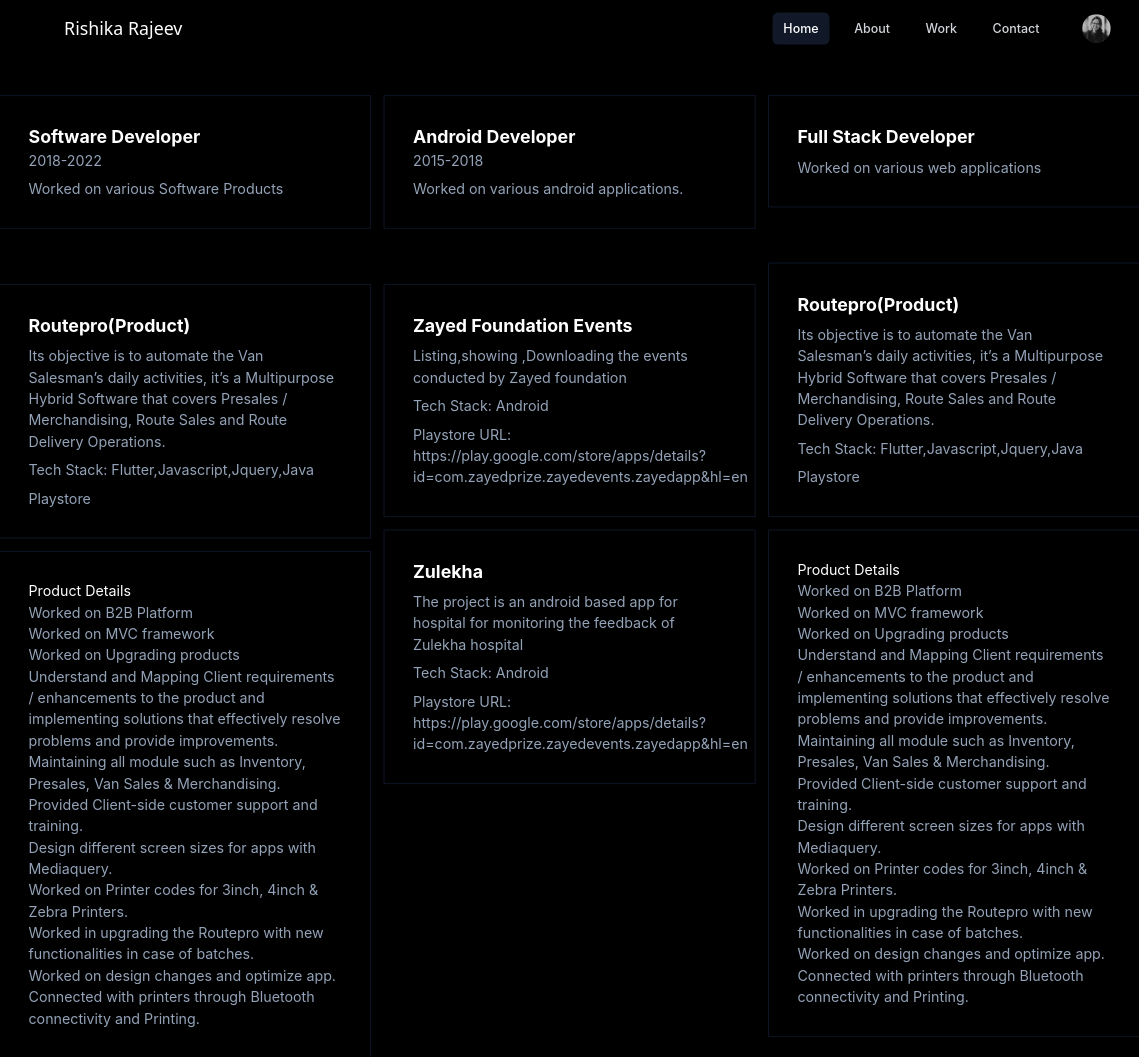
Repository: rishikarajeev/portfolio_rishika
Page: /work
These files come from the project's save history. The page is drawn as it stood at one moment and after a run of saves; the edit follows.
The browser window is 1280 px wide. The pictures show the whole page, at 89% of full size.
The project was rebuilt for these pictures with package versions that can differ from the ones it lists, and the page was loaded fresh each time. Also part of the build but not shown: src/Pages/Home.jsx, src/Pages/About.jsx, src/Pages/Contact.jsx.

Above is the page before, as saved 2023-10-23 19:00:31.

### src/Components/Nav/Nav.jsx
import React from 'react'

import img from '../../Images/profile.jpeg'

function Nav() {
  return (
    <div><nav class="dark:bg-black">
    <div class="mx-auto max-w-7xl px-2 sm:px-6 lg:px-8">
      <div class="relative flex h-16 items-center justify-between">
      <div class="absolute inset-y-0 left-7 flex items-center ">

      <a href="#" class=" text-white  px-3 py-2 text-xl font-medium font-sans" aria-current="page">Rishika Rajeev</a>
        </div>
        <div class="absolute inset-y-0 left-0 flex items-center sm:hidden">

          <button type="button" class="relative inline-flex items-center justify-center rounded-md p-2 text-gray-400 hover:bg-gray-700 hover:text-white focus:outline-none focus:ring-2 focus:ring-inset focus:ring-white" aria-controls="mobile-menu" aria-expanded="false">
            <span class="absolute -inset-0.5"></span>
            <span class="sr-only">Open main menu</span>

            <svg class="block h-6 w-6" fill="none" viewBox="0 0 24 24" stroke-width="1.5" stroke="currentColor" aria-hidden="true">
              <path stroke-linecap="round" stroke-linejoin="round" d="M3.75 6.75h16.5M3.75 12h16.5m-16.5 5.25h16.5" />
            </svg>

            <svg class="hidden h-6 w-6" fill="none" viewBox="0 0 24 24" stroke-width="1.5" stroke="currentColor" aria-hidden="true">
              <path stroke-linecap="round" stroke-linejoin="round" d="M6 18L18 6M6 6l12 12" />
            </svg>
          </button>
        </div>
        <div class="flex flex-1 items-center justify-end sm:items-stretch sm:justify-end">
          {/* <div class="flex flex-shrink-0 items-center">
            <img class="h-8 w-auto" src="https://tailwindui.com/img/logos/mark.svg?color=indigo&shade=500" alt="Your Company"/>
          </div> */}
          <div class="hidden sm:ml-6 sm:block ">
            <div class="flex space-x-4 ">

              <a href="/" class="bg-gray-900 text-white rounded-md px-3 py-2 text-sm font-medium" >Home</a>
              <a href="/about" class="text-gray-300 hover:bg-gray-700 hover:text-white rounded-md px-3 py-2 text-sm font-medium">About</a>
              <a href="/work" class="text-gray-300 hover:bg-gray-700 hover:text-white rounded-md px-3 py-2 text-sm font-medium">Work</a>
              <a href="/contact" class="text-gray-300 hover:bg-gray-700 hover:text-white rounded-md px-3 py-2 text-sm font-medium">Contact</a>
            </div>
          </div>
        </div>
        <div class="absolute inset-y-0 right-0 flex items-center pr-2 sm:static sm:inset-auto sm:ml-6 sm:pr-0">
          {/* <button type="button" class="relative rounded-full bg-gray-800 p-1 text-gray-400 hover:text-white focus:outline-none focus:ring-2 focus:ring-white focus:ring-offset-2 focus:ring-offset-gray-800">
            <span class="absolute -inset-1.5"></span>
            <span class="sr-only">View notifications</span>
            <svg class="h-6 w-6" fill="none" viewBox="0 0 24 24" stroke-width="1.5" stroke="currentColor" aria-hidden="true">
              <path stroke-linecap="round" stroke-linejoin="round" d="M14.857 17.082a23.848 23.848 0 005.454-1.31A8.967 8.967 0 0118 9.75v-.7V9A6 6 0 006 9v.75a8.967 8.967 0 01-2.312 6.022c1.733.64 3.56 1.085 5.455 1.31m5.714 0a24.255 24.255 0 01-5.714 0m5.714 0a3 3 0 11-5.714 0" />
            </svg>
          </button> */}


          <div class="relative ml-3">
            <div>
              <button type="button" class="relative flex rounded-full bg-gray-800 text-sm focus:outline-none focus:ring-2 focus:ring-white focus:ring-offset-2 focus:ring-offset-gray-800" id="user-menu-button" aria-expanded="false" aria-haspopup="true">
                <span class="absolute -inset-1.5"></span>
                <span class="sr-only">Open user menu</span>
                <img class="h-8 w-8 rounded-full" src={img} alt=""/>
              </button>
            </div>

          </div>
        </div>
      </div>
    </div>


    <div class="sm:hidden" id="mobile-menu">
      <div class="space-y-1 px-2 pb-3 pt-2">

        <a href="/" class="bg-gray-900 text-white block rounded-md px-3 py-2 text-base font-medium" aria-current="page">Home</a>
        <a href="/about" class="text-gray-300 hover:bg-gray-700 hover:text-white block rounded-md px-3 py-2 text-base font-medium">About</a>
        <a href="/work" class="text-gray-300 hover:bg-gray-700 hover:text-white block rounded-md px-3 py-2 text-base font-medium">Work</a>
        <a href="/contact" class="text-gray-300 hover:bg-gray-700 hover:text-white block rounded-md px-3 py-2 text-base font-medium">Contact</a>
      </div>
    </div>
  </nav>
  </div>
  )
}

export default Nav

### src/Pages/Mywork.jsx
import React from "react";
import Work from "../Components/Work";
import Project from "../Components/Project";
import Nav from "../Components/Nav/Nav";

function Mywork() {
  return (
    <div class="dark md:bg-black ">
      <Nav />

      <div>
        {" "}
        <div className="container mx-auto  dark dark:bg-black">
          <h2 className="text-3xl font-bold mb-2 ">Work Experience</h2>

          <div class="grid grid-cols-1 md:grid-cols-3 gap-4 dark dark:bg-black">
            <div className="dark md:bg-black">
              <Work
                title="Software Developer"
                description="Worked on various Software Products"
                year="2018-2022"
              />
              <h2 className="text-3xl font-bold mt-6 mb-1">Projects</h2>
              <Project
                title="Routepro(Product)"
                description=" Its objective is to automate the Van Salesman’s daily activities, it’s a Multipurpose Hybrid Software that covers Presales / Merchandising, Route Sales and Route Delivery Operations."
                techStack="Flutter,Javascript,Jquery,Java"
              />
              <div className="dark:text-slate-400 ring-1 ring-slate-900 max-w-2xl p-8 dark dark:bg-black">
                <h2 className="text-white"> Product Details</h2>
                <ul>
                  <li>Worked on B2B Platform</li>
                  <li>Worked on MVC framework</li>
                  <li>Worked on Upgrading products </li>
                  <li>
                    Understand and Mapping Client requirements / enhancements to
                    the product and implementing solutions that effectively
                    resolve problems and provide improvements.
                  </li>
                  <li>
                    Maintaining all module such as Inventory, Presales, Van
                    Sales & Merchandising.
                  </li>
                  <li>Provided Client-side customer support and training.</li>
                  <li>
                    Design different screen sizes for apps with Mediaquery.
                  </li>
                  <li>
                    Worked on Printer codes for 3inch, 4inch & Zebra Printers.
                  </li>
                  <li>
                    Worked in upgrading the Routepro with new functionalities in
                    case of batches.
                  </li>
                  <li>Worked on design changes and optimize app.</li>
                  <li>
                    Connected with printers through Bluetooth connectivity and
                    Printing.
                  </li>
                </ul>
              </div>
            </div>
            <div>
            <Work
                title="Android Developer"
                description="Worked on various android applications."
                year="2015-2018"
              />
              <h2 className="text-3xl font-bold mt-6 mb-1">Projects</h2>
              <Project
                title="Zayed Foundation Events"
                description=" Listing,showing ,Downloading the events conducted by Zayed foundation"
                techStack="Android"
                Playstore=" URL: https://play.google.com/store/apps/details?id=com.zayedprize.zayedevents.zayedapp&hl=en"
              />
                  <Project
                title="Zulekha"
                description=" The project is an android based app for hospital for monitoring the feedback of Zulekha hospital"
                techStack="Android"
                Playstore=" URL: https://play.google.com/store/apps/details?id=com.zayedprize.zayedevents.zayedapp&hl=en"
              />
               <ul>
                            <li>Listing the events conducted by Zayed foundation</li>
                            <li>Showing Live events.</li>
                                <li>	Downloading and viewing files.</li>
                                    <li>	Integrated Google Map & Facebook</li>
                                        <li>	Implemented Calendar with Marked Events.</li>
                                            <li>	Playstore URL: https://play.google.com/store/apps/details?id=com.zayedprize.zayedevents.zayedapp&hl=en</li>

                        </ul>
            </div>
            <div className="dark md:bg-black">
              <Work
                title="Full Stack Developer"
                description="Worked on various web applications"

              />
              <h2 className="text-3xl font-bold mt-6 mb-1">Projects</h2>
              <Project
                title="Routepro(Product)"
                description=" Its objective is to automate the Van Salesman’s daily activities, it’s a Multipurpose Hybrid Software that covers Presales / Merchandising, Route Sales and Route Delivery Operations."
                techStack="Flutter,Javascript,Jquery,Java"
              />
              <div className="dark:text-slate-400 ring-1 ring-slate-900 max-w-2xl p-8 dark dark:bg-black">
                <h2 className="text-white"> Product Details</h2>
                <ul>
                  <li>Worked on B2B Platform</li>
                  <li>Worked on MVC framework</li>
                  <li>Worked on Upgrading products </li>
                  <li>
                    Understand and Mapping Client requirements / enhancements to
                    the product and implementing solutions that effectively
                    resolve problems and provide improvements.
                  </li>
                  <li>
                    Maintaining all module such as Inventory, Presales, Van
                    Sales & Merchandising.
                  </li>
                  <li>Provided Client-side customer support and training.</li>
                  <li>
                    Design different screen sizes for apps with Mediaquery.
                  </li>
                  <li>
                    Worked on Printer codes for 3inch, 4inch & Zebra Printers.
                  </li>
                  <li>
                    Worked in upgrading the Routepro with new functionalities in
                    case of batches.
                  </li>
                  <li>Worked on design changes and optimize app.</li>
                  <li>
                    Connected with printers through Bluetooth connectivity and
                    Printing.
                  </li>
                </ul>
              </div>
            </div>
          </div>
        </div>
      </div>
    </div>
  );
}

export default Mywork;

### src/Components/Work.jsx
import React from 'react';

const Work = ({ title, description, year }) => {
  return (
    <div className="mb-4 ring-1 ring-slate-900 max-w-2xl p-8 dark md:bg-black">
      <h3 className="text-xl font-bold text-white">{title}</h3>
      <p className="dark:text-slate-400">{year}</p>
      <p className="mt-2 dark:text-slate-400">{description}</p>
    </div>
  );
};

export default Work;

### src/Components/Project.jsx
import React from 'react';

const Project = ({ title, description, techStack,Playstore }) => {
  return (
    <div className="mb-4 ring-1 ring-slate-900 max-w-2xl p-8 dark md:bg-black">
      <h3 className="text-xl font-bold text-white">{title}</h3>
      <p className="mt-2 dark:text-slate-400">{description}</p>
      <p className="mt-2 dark:text-slate-400">Tech Stack: {techStack}</p>
      <p className="mt-2 dark:text-slate-400">Playstore {Playstore}</p>
    </div>
  );
};

export default Project;

### tailwind.config.js
/** @type {import('tailwindcss').Config} */
module.exports = {
  content: ["./src/**/*.{html,js,jsx}"],
  theme: {
    extend: {},
  },
  darkMode: 'class',
  plugins: [],
}

Loaded but not shown: public/index.html (common file); src/index.js (common file); src/index.css (common file); src/App.js (common file); src/reportWebVitals.js (common file); src/App.css (common file)

After the next 3 saves:
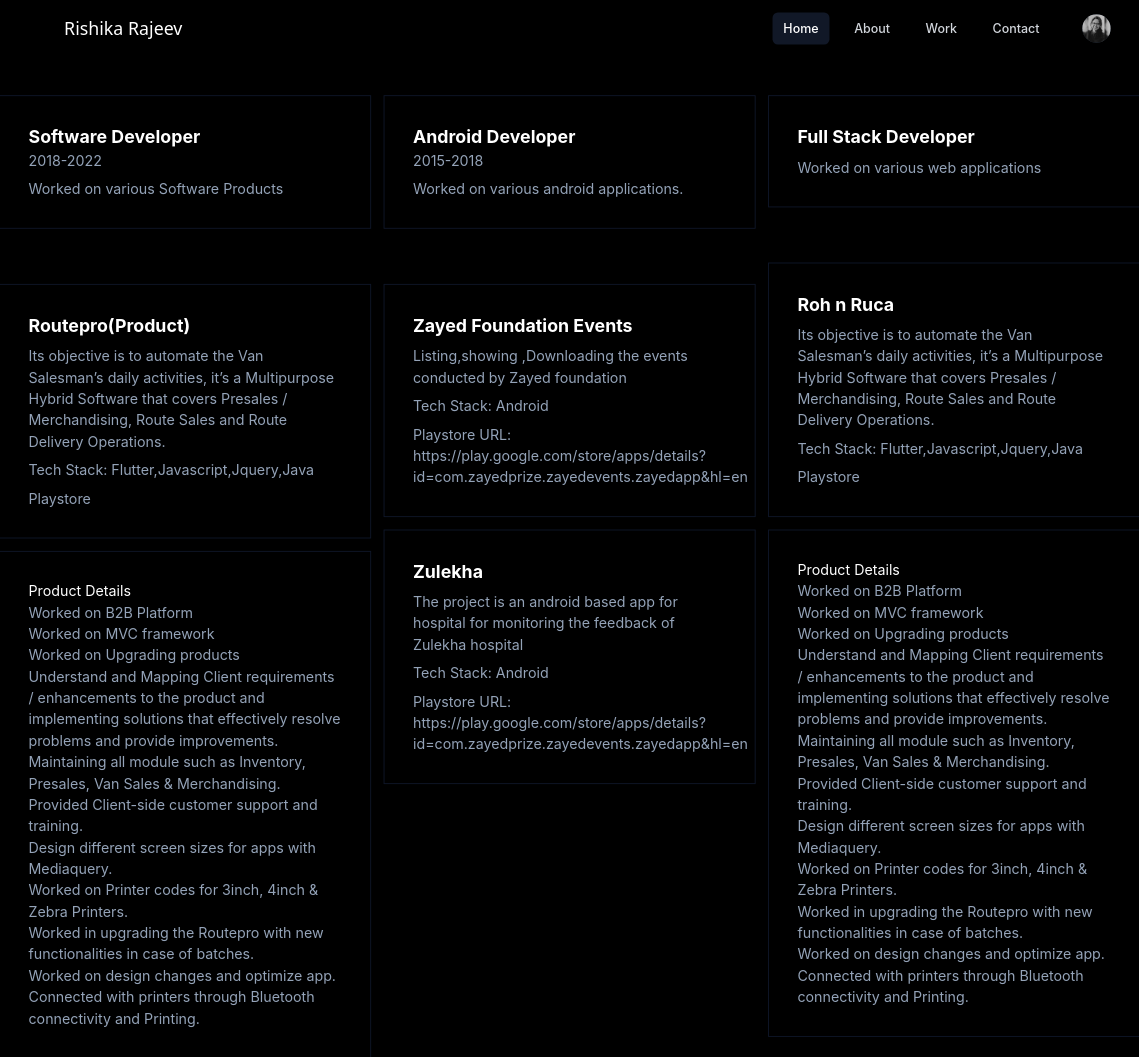
The 3 saves are shown as one change because they came seconds apart.
The last was saved 8 s later.
--- a/src/Pages/Mywork.jsx
+++ b/src/Pages/Mywork.jsx
@@ -97,7 +97,7 @@ function Mywork() {
               />
               <h2 className="text-3xl font-bold mt-6 mb-1">Projects</h2>
               <Project
-                title="Routepro(Product)"
+                title="Roh n Ruca"
                 description=" Its objective is to automate the Van Salesman’s daily activities, it’s a Multipurpose Hybrid Software that covers Presales / Merchandising, Route Sales and Route Delivery Operations."
                 techStack="Flutter,Javascript,Jquery,Java"
               />
